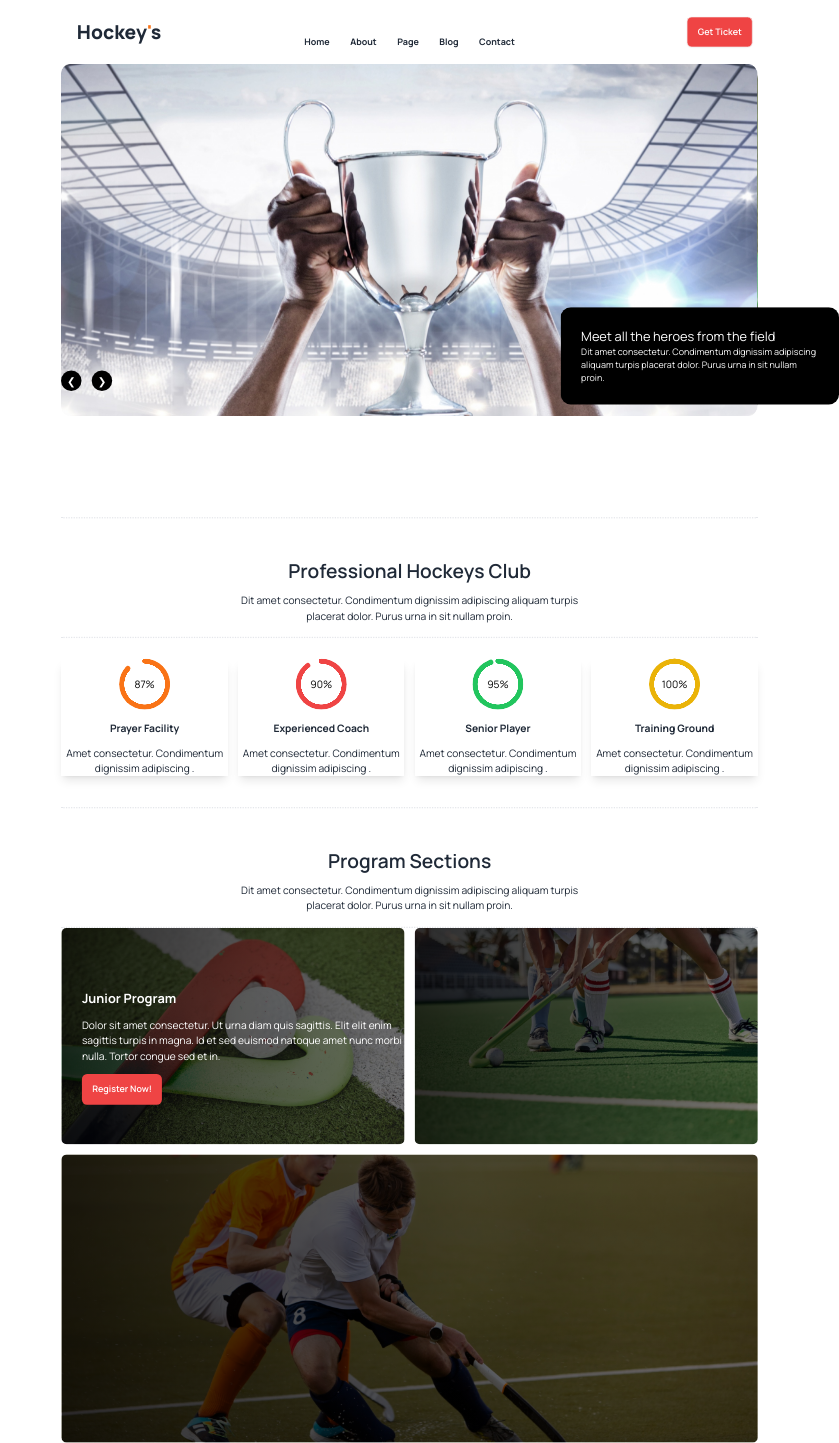
Repository: RudrasahaDibos/Hockey-
Page: index.html
These files come from the project's save history. The page is drawn as it stood at one moment and after a run of saves; the edit follows.
The browser window is 1280 px wide. The page is 1311 px wide, so the pictures cover 1311 px, including what lies to the right of the window. The pictures show the whole page, at 64% of full size.
Some web libraries are served in a nearby version.

Above is the page before, as saved 2024-10-23 22:42:19.

### index.html
<!DOCTYPE html>
<html lang="en">
<head>
    <meta charset="UTF-8">
    <meta name="viewport" content="width=device-width, initial-scale=1.0">
    <title>Hockeys</title>
    <!-- Tailwinds css -->
    <link href="https://cdn.jsdelivr.net/npm/daisyui@4.12.13/dist/full.min.css" rel="stylesheet" type="text/css" />
    <script src="https://cdn.tailwindcss.com"></script>
    <!-- Font asome -->
    <link rel="stylesheet" href="https://cdnjs.cloudflare.com/ajax/libs/font-awesome/6.6.0/css/all.min.css" integrity="sha512-Kc323vGBEqzTmouAECnVceyQqyqdsSiqLQISBL29aUW4U/M7pSPA/gEUZQqv1cwx4OnYxTxve5UMg5GT6L4JJg==" crossorigin="anonymous" referrerpolicy="no-referrer" />
   <!-- tailwind custom css -->
   <script>
    tailwind.config = {
      theme: {
        extend: {
          colors: {
            clifford: '#da373d',
          }
        }
      }
    }
  </script>
  <!-- google Font  -->
  <link rel="preconnect" href="https://fonts.googleapis.com">
  <link rel="preconnect" href="https://fonts.gstatic.com" crossorigin>
  <link href="https://fonts.googleapis.com/css2?family=Manrope:wght@200..800&display=swap" rel="stylesheet">

  <style>
.manrope {
  font-family: "Manrope", serif;
}
  </style>

</head>
<body class="manrope">
    <!-- header section start here -->
       <header class="container mx-auto lg:px-24 px-8">
                 <!-- navber start here -->
                     <nav>
                        <div class="navbar bg-base-100">
                            <div class="navbar-start">
                              <div class="dropdown">
                                <div tabindex="0" role="button" class="  lg:hidden">
                                  <svg
                                    xmlns="http://www.w3.org/2000/svg"
                                    class="h-5 w-5"
                                    fill="none"
                                    viewBox="0 0 24 24"
                                    stroke="currentColor">
                                    <path
                                      stroke-linecap="round"
                                      stroke-linejoin="round"
                                      stroke-width="2"
                                      d="M4 6h16M4 12h8m-8 6h16" />
                                  </svg>
                                </div>
                                <ul
                                  tabindex="0"
                                  class="menu menu-sm dropdown-content bg-base-100 rounded-box z-[1] mt-3 w-52 p-2 shadow">

                                    <li><a>Home</a></li>
                                    <li><a>About</a></li>
                                    <li><a>Page</a></li>
                                    <li><a>Blog</a></li>
                                    <li><a>Contact</a></li>

                                </ul>
                              </div>

                              <a class=" ml-4  text-2xl lg:text-3xl font-extrabold ">Hockey<span class="text-orange-500">'</span>s</a>

                            </div>
                            <div class="navbar-center hidden lg:flex">
                              <ul class="menu menu-horizontal px-1 mt-8">
                                <li class="hover:text-orange-500 font-bold"><a>Home</a></li>
                                <li  class="hover:text-orange-500 font-bold"><a>About</a></li>
                                <li  class="hover:text-orange-500 font-bold"><a>Page</a></li>
                                <li  class="hover:text-orange-500 font-bold"><a>Blog</a></li>
                                <li  class="hover:text-orange-500 font-bold"><a>Contact</a></li>
                              </ul>
                            </div>
                            <div class="navbar-end  lg:ml-0 ml-20">

                              <a class="btn bg-red-500 text-white  ">Get Ticket</a>
                            </div>
                          </div>
                     </nav>
                 <!-- navber end here -->

                  <!-- banner start here -->
                     <div>
                      <div class="carousel w-full">
                        <div id="slide1" class="carousel-item relative w-full ">
                          <img
                            src="Images/1.png"
                            class="w-full lg:h-[550px] " />
                          <div class="absolute lg:left-0 lg:right-0 lg:top-[90%] left-[90px] top-[80%] flex -translate-y-1/2 transform gap-4">
                            <div class=" h-8 w-8 rounded-full bg-black text-white flex justify-center items-center ">
                              <a href="#slide4" class="lg:btn lg:btn-circle">❮</a>
                            </div>
                            <div class="h-8 w-8 rounded-full bg-black text-white flex justify-center items-center">
                              <a href="#slide2" class="lg:btn lg:btn-circle ">❯</a>
                            </div>
                          </div>
                        </div>
                        <div id="slide2" class="carousel-item relative w-full">
                          <img
                            src="Images/2.png"
                            class="w-full lg:h-[550px]" />
                            <div class="absolute lg:left-0 lg:right-0 lg:top-[90%] left-[90px] top-[80%] flex -translate-y-1/2 transform gap-4">
                              <div class=" h-8 w-8 rounded-full bg-black text-white flex justify-center items-center ">
                                <a href="#slide1" class="lg:btn lg:btn-circle">❮</a>
                              </div>
                              <div class="h-8 w-8 rounded-full bg-black text-white flex justify-center items-center">
                                <a href="#slide3" class="lg:btn lg:btn-circle ">❯</a>
                              </div>
                            </div>
                        </div>
                        <div id="slide3" class="carousel-item relative w-full">
                          <img
                            src="Images/3.png"
                            class="w-full lg:h-[550px]" />
                            <div class="absolute lg:left-0 lg:right-0 lg:top-[90%] left-[90px] top-[80%] flex -translate-y-1/2 transform gap-4">
                              <div class=" h-8 w-8 rounded-full bg-black text-white flex justify-center items-center ">
                                <a href="#slide2" class="lg:btn lg:btn-circle">❮</a>
                              </div>
                              <div class="h-8 w-8 rounded-full bg-black text-white flex justify-center items-center">
                                <a href="#slide4" class="lg:btn lg:btn-circle ">❯</a>
                              </div>
                            </div>
                        </div>
                        <div id="slide4" class="carousel-item relative w-full">
                          <img
                            src="Images/4.png"
                            class="w-full lg:h-[550px]" />
                            <div class="absolute lg:left-0 lg:right-0 lg:top-[90%] left-[90px] top-[80%] flex -translate-y-1/2 transform gap-4">
                              <div class=" h-8 w-8 rounded-full bg-black text-white flex justify-center items-center ">
                                <a href="#slide3" class="lg:btn lg:btn-circle">❮</a>
                              </div>
                              <div class="h-8 w-8 rounded-full bg-black text-white flex justify-center items-center">
                                <a href="#slide1" class="lg:btn lg:btn-circle ">❯</a>
                              </div>
                            </div>
                        </div>
                      </div>

                        <!-- meet all hero  -->
                        <div class=" card bg-black  p-2 lg:p-8  lg:w-2/5 lg:-translate-y-44 lg:left-[780px]">
                          <div class="">
                            <h2 class="lg:text-xl bold text-white">Meet all the heroes from the field</h2>
                            <p class="text-sm text-white">Dit amet consectetur. Condimentum dignissim adipiscing aliquam   turpis placerat dolor. Purus urna in sit nullam proin. </p>

                          </div>
                        </div>
                      <!-- meet hero ebds -->


                     </div>


                   <!-- banner end here -->
       </header>
       <!-- Header section End here -->

       <!-- Main secetion start here  -->
        <main>
                      <!-- Professional Hockeys Club start here -->
                         <section class=" container mx-auto lg:px-24 px-8 lg:mt-0  mt-5  ">
                                 <div class="text-center space-y-4 border-dotted border-t-2 border-b-2  border-separate h-[189px] lg:pt-16">
                                     <h1 class=" text-xl lg:text-3xl font-semibold">Professional Hockeys Club</h1>
                                     <p class="lg:w-[50%] lg:mx-auto">Dit amet consectetur. Condimentum dignissim adipiscing aliquam turpis placerat dolor. Purus urna in sit nullam proin. </p>
                                 </div>
                                  <div class="mt-8">
                                        <div class="grid grid-cols-1 md:gird-cols-2 lg:grid-cols-4 gap-4 ">
                                                <div class=" h-50 shadow-lg space-y-4 flex flex-col justify-center items-center">
                                                  <div class="radial-progress text-orange-500  " style="--value:87;" role="progressbar"><span class="text-black"> 87%</span></div>
                                                    <h3 class="font-bold">Prayer Facility</h3>
                                                    <p class="text-center">Amet consectetur. Condimentum dignissim adipiscing .</p>
                                                </div>
                                                <div class=" h-50 shadow-lg space-y-4 flex flex-col justify-center items-center">
                                                  <div class="radial-progress text-red-500  " style="--value:90;" role="progressbar"><span class="text-black"> 90%</span></div>
                                                    <h3 class="font-bold">Experienced Coach</h3>
                                                    <p class="text-center">Amet consectetur. Condimentum dignissim adipiscing .</p>
                                                </div>
                                                <div class=" h-50  shadow-lg space-y-4 flex flex-col justify-center items-center">
                                                  <div class="radial-progress text-green-500  " style="--value:95;" role="progressbar"><span class="text-black"> 95%</span></div>
                                                    <h3 class="font-bold">Senior Player</h3>
                                                    <p class="text-center">Amet consectetur. Condimentum dignissim adipiscing .</p>
                                                </div>
                                                <div class=" h-50 shadow-lg space-y-4 flex flex-col justify-center items-center">
                                                  <div class="radial-progress text-yellow-500  " style="--value:100;" role="progressbar"><span class="text-black"> 100%</span></div>
                                                    <h3 class="font-bold">Training Ground</h3>
                                                    <p class="text-center">Amet consectetur. Condimentum dignissim adipiscing .</p>
                                                </div>
                                        </div>
                                  </div>

                         </section>
                       <!-- Professional Hockeys Club end here -->


                       <!-- Program Sections start here -->
                            <section class="container mx-auto lg:px-24 px-8 mt-12 ">
                              <div class="text-center space-y-4 border-dotted border-t-2 border-b-2  border-separate h-[189px] lg:pt-16">
                                <h1 class=" text-xl lg:text-3xl font-semibold">Program Sections</h1>
                                <p class="lg:w-[50%] lg:mx-auto">Dit amet consectetur. Condimentum dignissim adipiscing aliquam turpis placerat dolor. Purus urna in sit nullam proin. </p>
                            </div>
                               <div>
                                <div class="grid  grid-cols-1 lg:grid-cols-2 gap-4">

                                  <div class=" relative bg-no-repeat rounded-lg  bg-center bg-cover  w-full bg-[linear-gradient(90deg,rgb(0,0,0,0.8),rgb(0,0,0,0.5)),url(./images/2.png)] h-[244px] lg:h-[338px]">

                                   <div class="text-start lg:pt-24 space-y-2 lg:space-y-4 pl-8">
                                    <h2 class="text-white text-xl font-bold">Junior Program</h2>
                                    <p class="text-white">Dolor sit amet consectetur. Ut urna diam quis sagittis. Elit elit
                                      enim sagittis turpis in magna. Id et sed euismod natoque amet nunc morbi nulla. Tortor congue sed et in.</p>
                                     <button class="btn bg-red-500 border-none text-white">Register Now!</button>
                                   </div>
                                 </div>

                                  <div class="relative  bg-no-repeat rounded-lg  bg-center bg-cover  w-full bg-[linear-gradient(90deg,rgb(0,0,0,0.8),rgb(0,0,0,0.5)),url(./images/3.png)] h-[244px] lg:h-[338px]">

                                  </div>
                                  <div class=" lg:col-span-2 relative  rounded-lg  bg-center bg-cover w-full bg-[linear-gradient(90deg,rgb(0,0,0,0.8),rgb(0,0,0,0.5)),url(./images/4.png)] h-[244px] lg:h-[450px]">

                                  </div>
                                </div>
                               </div>
                            </section>

                       <!-- Program Sections end here -->
        </main>
        <!-- main section end here -->

</body>
</html>

After the next 2 saves:
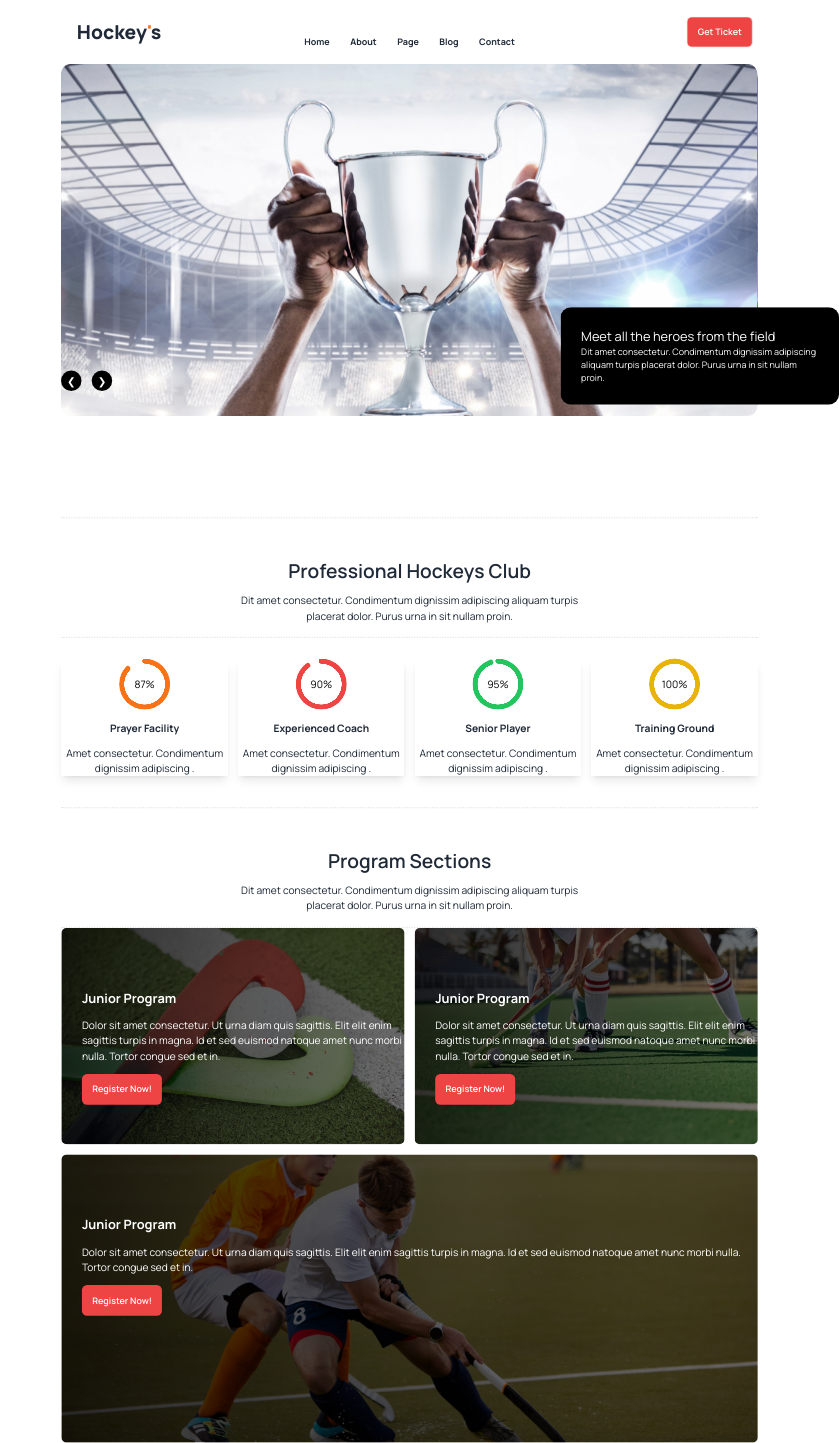
The 2 saves are shown as one change because they came seconds apart.
The last was saved 26 s later.
--- a/index.html
+++ b/index.html
@@ -220,10 +220,20 @@
                                  </div>
 
                                   <div class="relative  bg-no-repeat rounded-lg  bg-center bg-cover  w-full bg-[linear-gradient(90deg,rgb(0,0,0,0.8),rgb(0,0,0,0.5)),url(./images/3.png)] h-[244px] lg:h-[338px]">
-
+                                    <div class="text-start lg:pt-24 space-y-2 lg:space-y-4 pl-8">
+                                      <h2 class="text-white text-xl font-bold">Junior Program</h2>
+                                      <p class="text-white">Dolor sit amet consectetur. Ut urna diam quis sagittis. Elit elit
+                                        enim sagittis turpis in magna. Id et sed euismod natoque amet nunc morbi nulla. Tortor congue sed et in.</p>
+                                       <button class="btn bg-red-500 border-none text-white">Register Now!</button>
+                                     </div>
                                   </div>
                                   <div class=" lg:col-span-2 relative  rounded-lg  bg-center bg-cover w-full bg-[linear-gradient(90deg,rgb(0,0,0,0.8),rgb(0,0,0,0.5)),url(./images/4.png)] h-[244px] lg:h-[450px]">
-
+                                    <div class="text-start lg:pt-24 space-y-2 lg:space-y-4 pl-8">
+                                      <h2 class="text-white text-xl font-bold">Junior Program</h2>
+                                      <p class="text-white">Dolor sit amet consectetur. Ut urna diam quis sagittis. Elit elit
+                                        enim sagittis turpis in magna. Id et sed euismod natoque amet nunc morbi nulla. Tortor congue sed et in.</p>
+                                       <button class="btn bg-red-500 border-none text-white">Register Now!</button>
+                                     </div>
                                   </div>
                                 </div>
                                </div>
